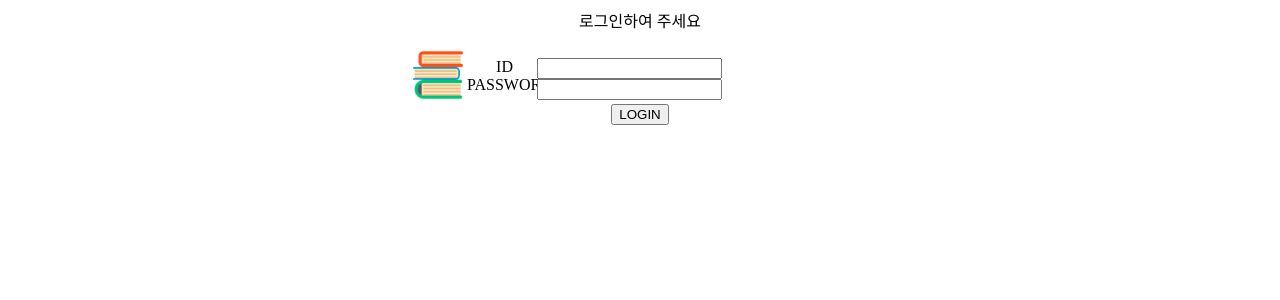
Repository: Minnaldo/Dev
Page: BackEnd/Eworkspace/ws_0911/WebContent/Login.html
An editor plug-in stored every save of this project. The page is shown before and after the next save, followed by the edit.
The browser window is 1280 px wide. The pictures show the whole page.

Above is the page before, as saved 2019-09-13 05:18:27.

### BackEnd/Eworkspace/ws_0911/WebContent/Login.html
<!DOCTYPE html>
<html>

<head>
<meta charset="UTF-8">
<title>Document</title>
<script src="https://code.jquery.com/jquery-3.4.1.js"></script>
<script>
	var login=function() {
		if ($('#input_id').val() == 'ssafy') {
			console.log($('#input_id').val());
			if ($('#input_pw').val() == '1111') {
				// load result.html
				console.log($('#input_pw').val());
				window.location.replace('./Result.html');
				alert('로그인 성공!');
			} else {
				alert('입력한 값을 다시 한번 확인해주세요');
			}
		} else {
			alert('입력한 값을 다시 한번 확인해주세요');
		}
	}
	$(function() {
		$('.login_btn').on('click', login);

		$('.login_btn').keydown(function(event){
			/* 엔터키 이벤트 */
			if(event.keyCode==13){
				login();
				alert('key enter press');
			}
		});
	});
</script>
</head>

<body>
	<div>
		<div style="text-align: center;">
			<div >로그인하여 주세요</div>
			<br>
			<img src="./images/books.png" alt="books" style="width: 50px;">
			<div style="display: inline-block; width: 400px; ">
			<div style='float: left; width: 50px; margin-right: 20px'>
				<td>
				<div style="text-align : right;" >ID&nbsp; </div>
				</td>
				<td>
				<div style="text-align : right;">PASSWORD&nbsp; </div>
				</td>
			</div>
			<div style='float: left;'>
				<td>
				<div style="text-align : left;"><input type="text" id="input_id" required></div>
				</td>
				<td>
				<div style="text-align : left;"><input type="password" id="input_pw" required></div>
				</td>
			</div>
			</div>
			<div style="clear: both;">
				<button class="login_btn" style="clear:both;">LOGIN</button>
			</div>
		</div>
	</div>
</body>

</html>

After the next save:
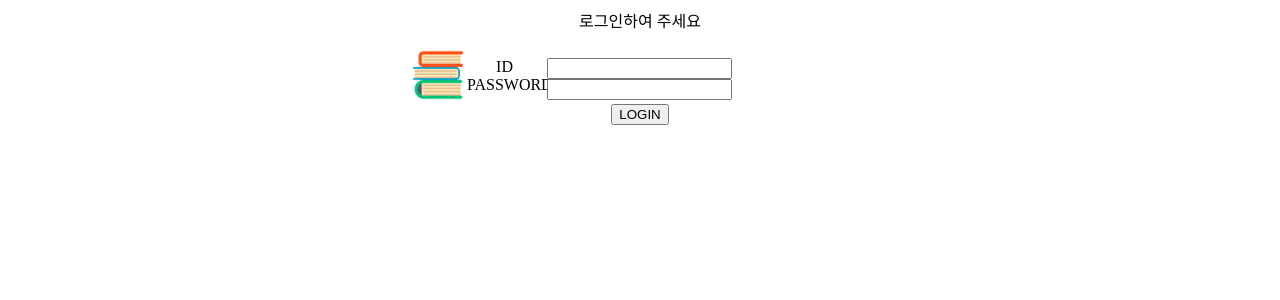
Saved 6 s later.
--- a/BackEnd/Eworkspace/ws_0911/WebContent/Login.html
+++ b/BackEnd/Eworkspace/ws_0911/WebContent/Login.html
@@ -42,7 +42,7 @@
 			<br>
 			<img src="./images/books.png" alt="books" style="width: 50px;">
 			<div style="display: inline-block; width: 400px; ">
-			<div style='float: left; width: 50px; margin-right: 20px'>
+			<div style='float: left; width: 50px; margin-right: 30px'>
 				<td>
 				<div style="text-align : right;" >ID&nbsp; </div>
 				</td>
